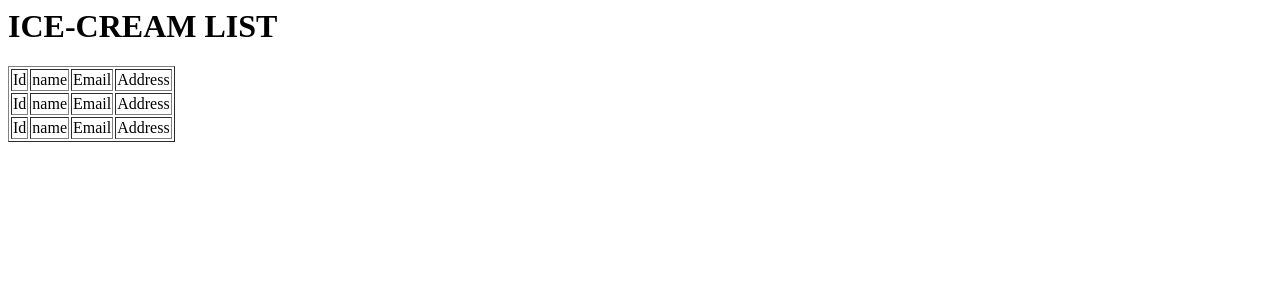
Repository: LauLupu/Progetto
Page: http://localhost/lista
The author's editor kept a copy of each file at every save. The page is drawn from the files as they stood at one save, then again after the next save.
The browser window is 1280 px wide. The pictures show the whole page.
The page is served by the project's Laravel application, run on PHP 8.4 with Laravel 8. Other server files are loaded and not shown. Queries for data that is not in the repository find no rows.

Above is the page before, as saved 2021-08-05 16:58:46.

### routes/web.php
<?php

use Illuminate\Support\Facades\Route;
use App\Http\Controllers\inventoryController;
/*
|--------------------------------------------------------------------------
| Web Routes
|--------------------------------------------------------------------------
|
| Here is where you can register web routes for your application. These
| routes are loaded by the RouteServiceProvider within a group which
| contains the "web" middleware group. Now create something great!
|
*/

Route::get('/', function () {
    return view('welcome');
});
Route::get('lista',[inventoryController::class,'show']);

Route::get('/dashboard', function () {
    return view('dashboard');
})->middleware(['auth'])->name('dashboard');

require __DIR__.'/auth.php';

### app/Http/Controllers/inventoryController.php
<?php

namespace App\Http\Controllers;

use Illuminate\Http\Request;
use App\Models\Distributor;
class inventoryController extends Controller
{
    //
    function show() {
        $data= Distributor::all();
        return view('list',['icecreams'=>$data]);
    }
}

### app/Models/Distributor.php
<?php

namespace App\Models;

use Illuminate\Database\Eloquent\Factories\HasFactory;
use Illuminate\Database\Eloquent\Model;

class Distributor extends Model
{
    use HasFactory;
}

### resources/views/list.blade.php
<h1>ICE-CREAM LIST</h1>


<table border>
    <tr>
        <td>Id</td>
        <td>name</td>
        <td>Email</td>
        <td>Address</td>
    </tr>
    <tr>
        <td>Id</td>
        <td>name</td>
        <td>Email</td>
        <td>Address</td>
    </tr>
    <tr>
        <td>Id</td>
        <td>name</td>
        <td>Email</td>
        <td>Address</td>
    </tr>
    @foreach($icecreams as $icecream)
    <tr>
        <td>{{$icecream['id']}}</td>
        <td>{{$icecream['name']}}</td>
        <td>{{$icecream['email']}}</td>
        <td>{{$icecream['address']}}</td>
    </tr>
    @endforeach
</table>

Loaded but not shown: routes/auth.php (common file); app/Http/Controllers/Controller.php (common file)

After the next save:
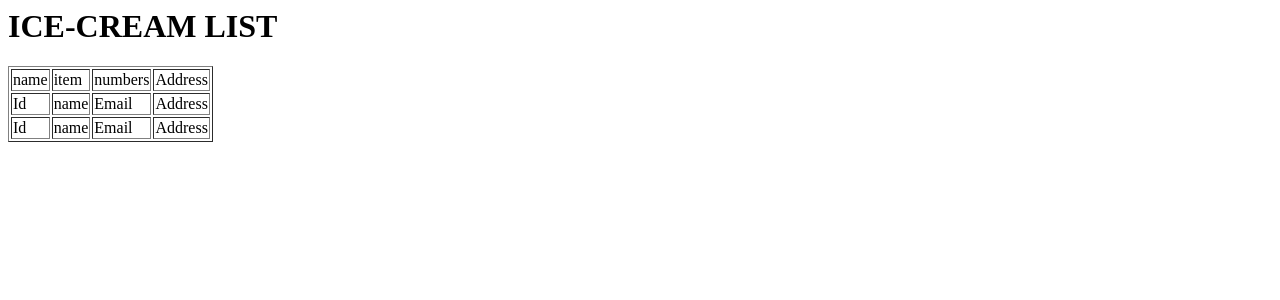
Saved 41 s later.
--- a/resources/views/list.blade.php
+++ b/resources/views/list.blade.php
@@ -3,9 +3,9 @@
 
 <table border>
     <tr>
-        <td>Id</td>
         <td>name</td>
-        <td>Email</td>
+        <td>item</td>
+        <td>numbers</td>
         <td>Address</td>
     </tr>
     <tr>
@@ -22,7 +22,7 @@
     </tr>
     @foreach($icecreams as $icecream)
     <tr>
-        <td>{{$icecream['id']}}</td>
+        <td>{{$icecream['name']}}</td>
         <td>{{$icecream['name']}}</td>
         <td>{{$icecream['email']}}</td>
         <td>{{$icecream['address']}}</td>
